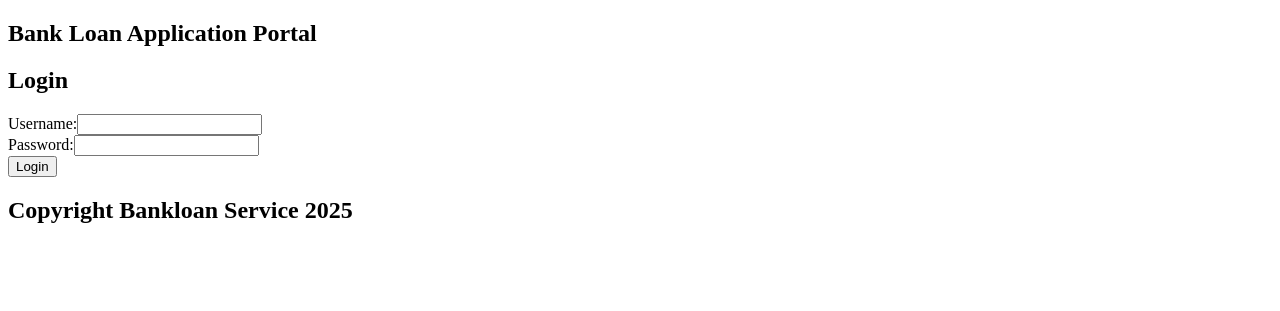
Repository: Yashagr5/WTraining
Page: http://localhost/LoanPortal/login.jsp
An editor plug-in stored every save of this project. The page is shown before and after the next save, followed by the edit.
The browser window is 1280 px wide. The pictures show the whole page.
The page is served by Tomcat 9. Other server files are loaded and not shown.

Above is the page before, as saved 2025-08-14 16:08:40.

### Servlet/LoanPortal/src/main/webapp/login.jsp
<%@ page language="java" contentType="text/html; charset=UTF-8"
    pageEncoding="UTF-8"%>
<!DOCTYPE html>
<html>
<head>
<meta charset="UTF-8">
<title>Insert title here</title>
</head>
<body>
<jsp:include page="header.jsp"></jsp:include>
<h2>Login</h2>
<form action="loanForm.jsp">
Username:<input type="text" name="username" required><br>
Password:<input type="password" name="password" required><br>
<input type="submit" value="Login">
</form>
<jsp:include page="footer.jsp"></jsp:include>
</body>
</html>

### Servlet/LoanPortal/src/main/webapp/header.jsp
<%@ page language="java" contentType="text/html; charset=UTF-8"
    pageEncoding="UTF-8"%>
<!DOCTYPE html>
<html>
<head>
<meta charset="UTF-8">
<title>Insert title here</title>
</head>
<body>
<h2>Bank Loan Application Portal</h2>
</body>
</html>

### Servlet/LoanPortal/src/main/webapp/footer.jsp
<%@ page language="java" contentType="text/html; charset=UTF-8"
    pageEncoding="UTF-8"%>
<!DOCTYPE html>
<html>
<head>
<meta charset="UTF-8">
<title>Insert title here</title>
</head>
<body>
<h2>Copyright Bankloan Service 2025</h2>
</body>
</html>

After the next save:
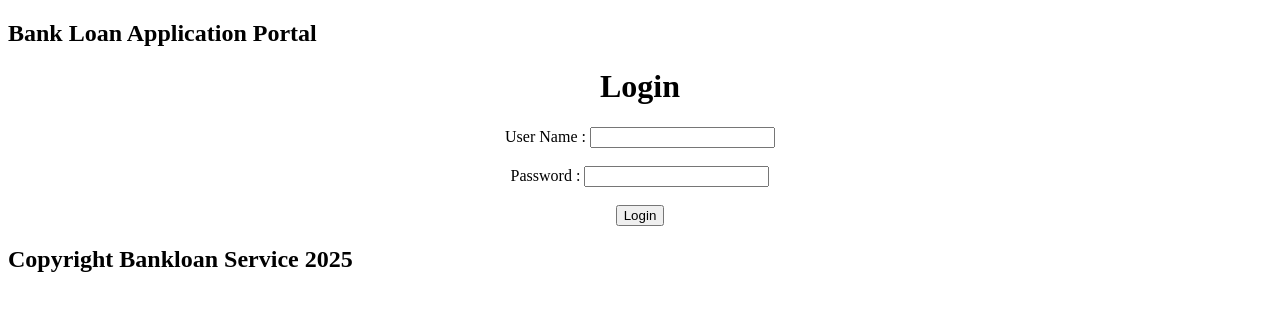
Saved 51 s later.
--- a/Servlet/LoanPortal/src/main/webapp/login.jsp
+++ b/Servlet/LoanPortal/src/main/webapp/login.jsp
@@ -8,11 +8,13 @@
 </head>
 <body>
 <jsp:include page="header.jsp"></jsp:include>
-<h2>Login</h2>
-<form action="loanForm.jsp">
-Username:<input type="text" name="username" required><br>
-Password:<input type="password" name="password" required><br>
-<input type="submit" value="Login">
+<form action="loanForm.jsp" method=post>
+<center>
+<h1> Login</h1>
+User Name : <input type=text name="username"> <br><br>
+Password  : <input type=password name="password"><br><br>
+<button type=submit> Login </button>
+</center>
 </form>
 <jsp:include page="footer.jsp"></jsp:include>
 </body>
